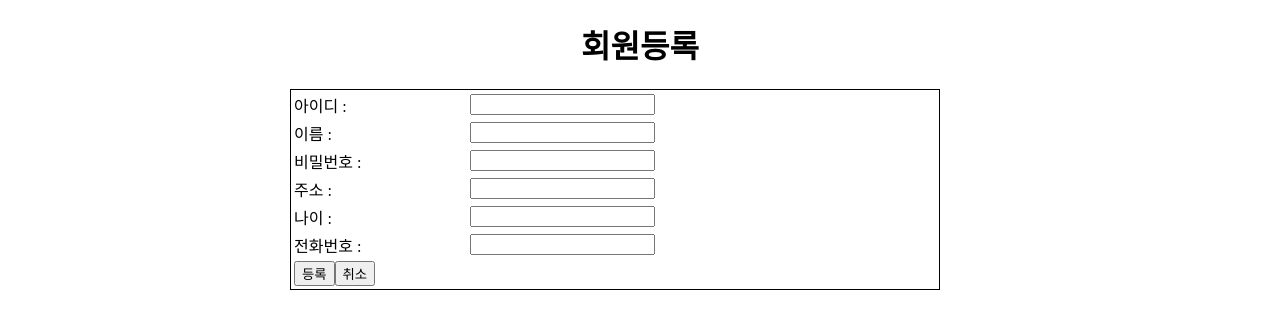
Repository: Seonhanbit/dev
Page: work_servlet_jsp/SafeFood_Web_Back_End_광주_3반_선한빛_임준형/WebContent/page/test.html
These files come from the project's save history. The page is drawn as it stood at one moment and after the next save; the edit follows.
The browser window is 1280 px wide. The pictures show the whole page.

Above is the page before, as saved 2019-09-24 02:18:49.

After the next save:
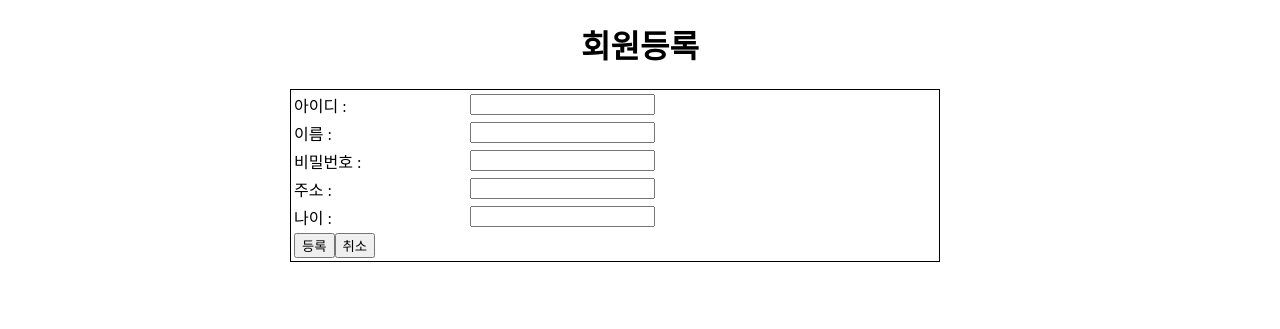
Saved 10 s later.
--- a/work_servlet_jsp/SafeFood_Web_Back_End_광주_3반_선한빛_임준형/WebContent/page/test.html
+++ b/work_servlet_jsp/SafeFood_Web_Back_End_광주_3반_선한빛_임준형/WebContent/page/test.html
@@ -52,10 +52,6 @@ function check() {
 				<td><input type="number" name="ptel" id="ptel"></td>
 			</tr>
 			<tr>
-				<td>전화번호 :</td>
-				<td><input type="tel" name="ptel" id="ptel"></td>
-			</tr>
-			<tr>
 				<td colspan="2"><input type="button" value="등록" onclick="check()"><input type="reset" value="취소"></td>
 			</tr>
 		</table>
